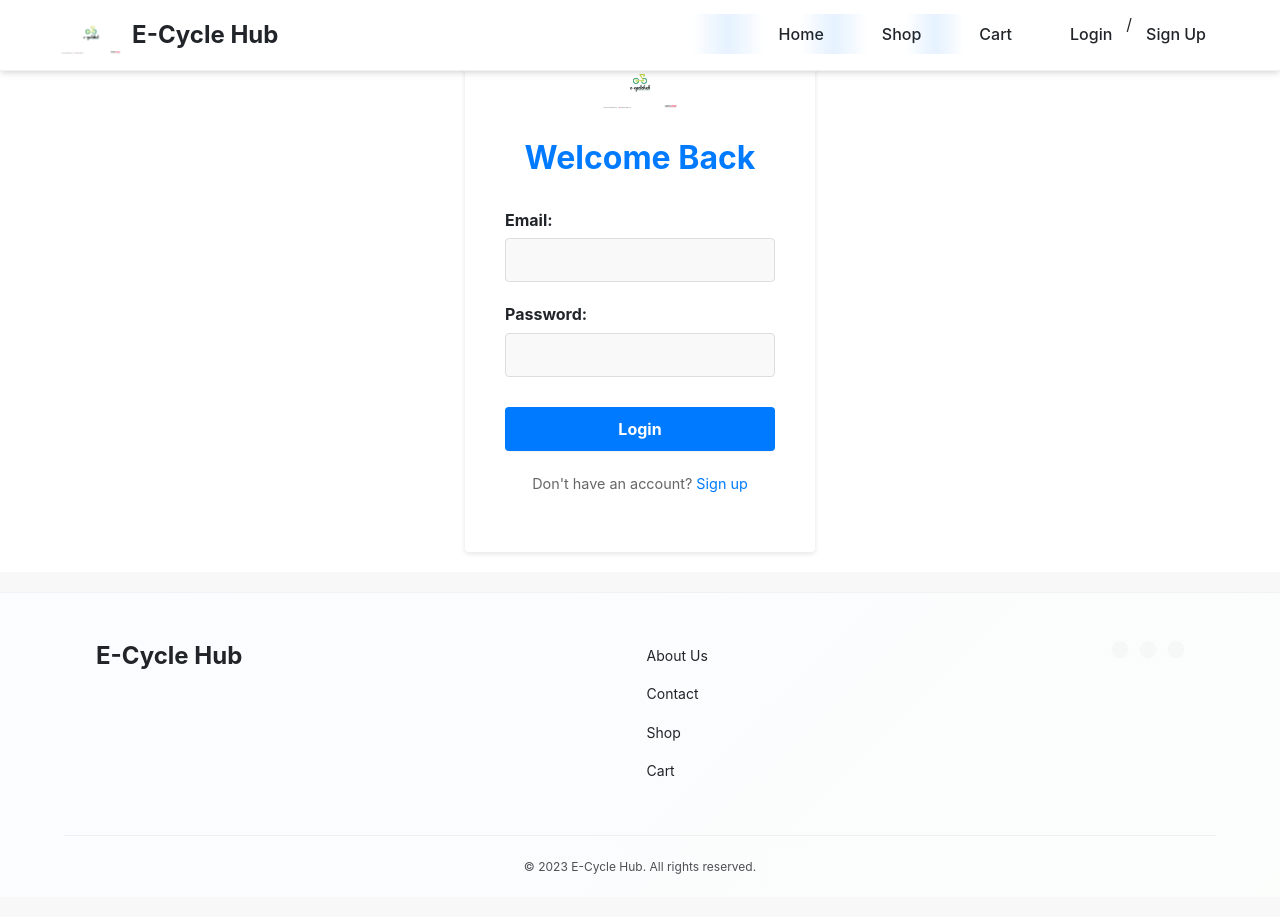
Repository: Rutuja-g/E-Cycle-Hub
Page: public/login.html
These files come from the project's save history. The page is drawn as it stood at one moment and after the next save; the edit follows.
The browser window is 1280 px wide. The pictures show the whole page.

Above is the page before, as saved 2025-10-25 20:44:48.

### public/login.html
<!DOCTYPE html>
<html lang="en">
  <head>
    <meta charset="UTF-8" />
    <meta name="viewport" content="width=device-width, initial-scale=1.0" />
    <title>Login - E-Cycle Hub</title>
    <link rel="icon" href="favicon.ico" type="image/x-icon" />
    <link rel="stylesheet" href="css/reset.css" />
    <link rel="stylesheet" href="css/variables.css" />
    <link rel="stylesheet" href="css/main.css" />
    <link rel="stylesheet" href="css/auth.css" />
  </head>
  <body>
    <div id="header"></div>

    <main>
      <section class="login-form">
        <div class="logo-auth">
          <img src="assets/images/logo.jpg" alt="E-Cycle Hub Logo" />
        </div>
        <h2>Welcome Back</h2>
        <form id="loginForm">
          <div class="form-group">
            <label for="email">Email:</label>
            <input type="email" id="email" name="email" required />
            <span class="error" id="emailError"></span>
          </div>
          <div class="form-group">
            <label for="password">Password:</label>
            <input type="password" id="password" name="password" required />
            <span class="error" id="passwordError"></span>
          </div>
          <button type="submit" class="btn">Login</button>
        </form>
        <p>Don't have an account? <a href="signup.html">Sign up</a></p>
      </section>
    </main>

    <footer>
      <div class="footer">
        <div class="container">
          <div class="footer-content">
            <div class="footer-logo">
              <h2>E-Cycle Hub</h2>
            </div>
            <div class="footer-links">
              <ul>
                <li><a href="about.html">About Us</a></li>
                <li><a href="contact.html">Contact</a></li>
                <li><a href="shop.html">Shop</a></li>
                <li><a href="cart.html">Cart</a></li>
              </ul>
            </div>
            <div class="footer-social">
              <a href="#" aria-label="Facebook"
                ><i class="fab fa-facebook-f"></i
              ></a>
              <a href="#" aria-label="Twitter"
                ><i class="fab fa-twitter"></i
              ></a>
              <a href="#" aria-label="Instagram"
                ><i class="fab fa-instagram"></i
              ></a>
            </div>
          </div>
          <div class="footer-bottom">
            <p>&copy; 2023 E-Cycle Hub. All rights reserved.</p>
          </div>
        </div>
      </div>
    </footer>

    <script src="js/components.js"></script>
    <script src="js/auth.js"></script>
  </body>
</html>

### public/css/reset.css
html
/* CSS Reset */
* {
    margin: 0;
    padding: 0;
    box-sizing: border-box;
}

html, body {
    height: 100%;
    font-family: Arial, sans-serif;
}

img {
    max-width: 100%;
    height: auto;
}

a {
    text-decoration: none;
    color: inherit;
}

ul {
    list-style: none;
}

button {
    cursor: pointer;
}

### public/css/variables.css
:root {
  /* Enhanced Color Palette */
  --primary-color: #007bff; /* Electric Blue */
  --primary-hover: #0056b3; /* Darker Blue for hover */
  --primary-light: #e3f2fd; /* Light Blue Background */
  --primary-gradient: linear-gradient(135deg, #007bff 0%, #0056b3 100%);
  --secondary-color: #28a745; /* Success Green */
  --secondary-hover: #218838; /* Darker Green */
  --secondary-light: #e8f5e8; /* Light Green Background */
  --secondary-gradient: linear-gradient(135deg, #28a745 0%, #218838 100%);
  --accent-color: #ffc107; /* Warning Yellow */
  --accent-hover: #e0a800; /* Darker Yellow */
  --accent-light: #fff8e1; /* Light Yellow Background */
  --danger-color: #dc3545; /* Danger Red */
  --danger-hover: #c82333; /* Darker Red */
  --danger-light: #fce4e4; /* Light Red Background */

  /* Neutral Colors */
  --background-color: #ffffff; /* Pure White */
  --background-gradient: linear-gradient(135deg, #ffffff 0%, #f8f9fa 100%);
  --surface-color: #f8f9fa; /* Light Gray Surface */
  --surface-light: #f1f3f4; /* Very Light Surface */
  --card-color: #ffffff; /* Card Background */
  --text-color: #212529; /* Dark Gray Text */
  --text-muted: #6c757d; /* Muted Text */
  --text-light: #868e96; /* Lighter Text */
  --border-color: #dee2e6; /* Light Border */
  --border-light: #f1f3f4; /* Very Light Border */
  --border-focus: #007bff; /* Focus Border */

  /* Typography */
  --font-family: "Poppins", -apple-system, BlinkMacSystemFont, "Segoe UI",
    Roboto, sans-serif;
  --font-size-xs: 0.75rem; /* 12px */
  --font-size-sm: 0.875rem; /* 14px */
  --font-size-base: 1rem; /* 16px */
  --font-size-lg: 1.125rem; /* 18px */
  --font-size-xl: 1.25rem; /* 20px */
  --font-size-2xl: 1.5rem; /* 24px */
  --font-size-3xl: 1.875rem; /* 30px */
  --font-size-4xl: 2.25rem; /* 36px */
  --font-size-5xl: 3rem; /* 48px */

  --font-weight-light: 300;
  --font-weight-normal: 400;
  --font-weight-medium: 500;
  --font-weight-semibold: 600;
  --font-weight-bold: 700;

  --line-height-tight: 1.25;
  --line-height-normal: 1.5;
  --line-height-relaxed: 1.75;

  /* Spacing Scale */
  --spacing-xs: 0.25rem; /* 4px */
  --spacing-sm: 0.5rem; /* 8px */
  --spacing-md: 0.75rem; /* 12px */
  --spacing-lg: 1rem; /* 16px */
  --spacing-xl: 1.25rem; /* 20px */
  --spacing-2xl: 1.5rem; /* 24px */
  --spacing-3xl: 2rem; /* 32px */
  --spacing-4xl: 2.5rem; /* 40px */
  --spacing-5xl: 3rem; /* 48px */
  --spacing-6xl: 4rem; /* 64px */

  /* Layout */
  --max-width-xs: 20rem; /* 320px */
  --max-width-sm: 24rem; /* 384px */
  --max-width-md: 28rem; /* 448px */
  --max-width-lg: 32rem; /* 512px */
  --max-width-xl: 36rem; /* 576px */
  --max-width-2xl: 42rem; /* 672px */
  --max-width-3xl: 48rem; /* 768px */
  --max-width-4xl: 56rem; /* 896px */
  --max-width-5xl: 64rem; /* 1024px */
  --max-width-6xl: 72rem; /* 1152px */
  --max-width-7xl: 80rem; /* 1280px */
  --max-width-full: 100%;

  /* Border Radius */
  --border-radius-none: 0;
  --border-radius-sm: 0.125rem; /* 2px */
  --border-radius: 0.25rem; /* 4px */
  --border-radius-md: 0.375rem; /* 6px */
  --border-radius-lg: 0.5rem; /* 8px */
  --border-radius-xl: 0.75rem; /* 12px */
  --border-radius-2xl: 1rem; /* 16px */
  --border-radius-3xl: 1.5rem; /* 24px */
  --border-radius-full: 9999px;

  /* Enhanced Shadows */
  --shadow-sm: 0 1px 2px 0 rgba(0, 0, 0, 0.05);
  --shadow: 0 1px 3px 0 rgba(0, 0, 0, 0.1), 0 1px 2px 0 rgba(0, 0, 0, 0.06);
  --shadow-md: 0 4px 6px -1px rgba(0, 0, 0, 0.1),
    0 2px 4px -1px rgba(0, 0, 0, 0.06);
  --shadow-lg: 0 10px 15px -3px rgba(0, 0, 0, 0.1),
    0 4px 6px -2px rgba(0, 0, 0, 0.05);
  --shadow-xl: 0 20px 25px -5px rgba(0, 0, 0, 0.1),
    0 10px 10px -5px rgba(0, 0, 0, 0.04);
  --shadow-2xl: 0 25px 50px -12px rgba(0, 0, 0, 0.25);
  --shadow-inner: inset 0 2px 4px 0 rgba(0, 0, 0, 0.06);
  --shadow-glow: 0 0 20px rgba(0, 123, 255, 0.3);

  /* Transitions */
  --transition-fast: 150ms ease-in-out;
  --transition-normal: 250ms ease-in-out;
  --transition-slow: 350ms ease-in-out;

  /* Z-Index Scale */
  --z-dropdown: 1000;
  --z-sticky: 1020;
  --z-fixed: 1030;
  --z-modal-backdrop: 1040;
  --z-modal: 1050;
  --z-popover: 1060;
  --z-tooltip: 1070;
}

### public/css/auth.css
/* Auth styles for login and signup pages */

body {
  margin: 0;
  font-family: var(--font-family, Arial, sans-serif);
  line-height: 1.6;
  color: var(--text-color, #333);
  background: var(--background-color, #f5f5f5);
  min-height: 100vh;
  display: flex;
  flex-direction: column;
}

header,
footer {
  background: var(--header-footer-bg, #f8f8f8);
  padding: 20px 0;
}

main {
  flex: 1;
  display: flex;
  align-items: center;
  justify-content: center;
  padding: 20px;
}

.login-form,
.signup-form {
  background: white;
  padding: 40px;
  border-radius: var(--border-radius, 5px);
  box-shadow: var(--box-shadow, 0 2px 5px rgba(0, 0, 0, 0.1));
  width: 100%;
  max-width: 350px;
  text-align: center;
}

.login-form h2,
.signup-form h2 {
  font-size: 2em;
  margin-bottom: 30px;
  color: var(--primary-color, #4caf50);
  font-weight: bold;
}

.form-group {
  margin-bottom: 20px;
  text-align: left;
}

.form-group label {
  display: block;
  margin-bottom: 5px;
  font-weight: bold;
  color: var(--text-color, #333);
}

.form-group input {
  width: 100%;
  padding: 12px;
  border: 1px solid #ddd;
  border-radius: var(--border-radius, 5px);
  background: #f9f9f9;
  font-size: 1em;
  transition: all 0.3s ease;
  box-sizing: border-box;
}

.form-group input:focus {
  outline: none;
  background: #fff;
  border-color: var(--primary-color, #4caf50);
  box-shadow: 0 0 0 3px rgba(76, 175, 80, 0.3);
}

.btn {
  width: 100%;
  padding: 12px;
  background: var(--primary-color, #4caf50);
  color: white;
  border: none;
  border-radius: var(--border-radius, 5px);
  font-size: 1em;
  font-weight: bold;
  cursor: pointer;
  transition: background 0.3s ease, transform 0.2s ease;
  margin-top: 10px;
}

.btn:hover {
  background: #388e3c;
  transform: translateY(-2px);
}

.login-form p,
.signup-form p {
  margin-top: 20px;
  font-size: 0.9em;
  color: #666;
}

.login-form a,
.signup-form a {
  color: var(--primary-color, #4caf50);
  text-decoration: none;
  transition: color 0.3s ease;
}

.login-form a:hover,
.signup-form a:hover {
  color: #388e3c;
  text-decoration: underline;
}

.error {
  color: var(--secondary-color, #ff5722);
  font-size: 0.8em;
  margin-top: 5px;
  display: block;
  opacity: 0;
  transition: opacity 0.3s ease;
}

.error.show {
  opacity: 1;
}

.success {
  color: var(--primary-color, #4caf50);
  font-size: 0.9em;
  margin-top: 10px;
  opacity: 0;
  transition: opacity 0.3s ease;
}

.success.show {
  opacity: 1;
}

.logo-auth {
  margin-bottom: 20px;
}

.logo-auth img {
  height: 50px;
}

/* Responsive styles */
@media (max-width: 768px) {
  main {
    padding: 10px;
  }

  .login-form,
  .signup-form {
    padding: 30px 20px;
    max-width: 100%;
    margin: 20px auto;
  }

  .login-form h2,
  .signup-form h2 {
    font-size: 1.8em;
  }

  .form-group input {
    padding: 10px;
    font-size: 0.9em;
  }

  .btn {
    padding: 10px;
    font-size: 0.9em;
  }
}

@media (max-width: 480px) {
  header nav .nav-links {
    display: none;
  }

  main {
    padding: 5px;
  }

  .login-form,
  .signup-form {
    padding: 20px 15px;
    margin: 10px;
    border-radius: 8px;
  }

  .login-form h2,
  .signup-form h2 {
    font-size: 1.5em;
    margin-bottom: 20px;
  }

  .form-group {
    margin-bottom: 15px;
  }

  .form-group input {
    padding: 8px;
    font-size: 0.85em;
  }

  .btn {
    padding: 8px;
    font-size: 0.85em;
  }

  .logo-auth img {
    height: 40px;
  }
}

### public/components/header.html
<nav class="navbar">
  <div class="nav-container">
    <div class="logo">
      <a href="index.html">
        <img src="assets/images/logo.jpg" alt="E-Cycle Hub Logo" />
        <span>E-Cycle Hub</span>
      </a>
    </div>
    <div class="nav-toggle" id="navToggle">
      <span></span>
      <span></span>
      <span></span>
    </div>
    <ul class="nav-links" id="navLinks">
      <li><a href="index.html" class="nav-link">Home</a></li>
      <li><a href="shop.html" class="nav-link">Shop</a></li>
      <li><a href="cart.html" class="nav-link">Cart</a></li>
      <li id="user-info" style="display: none">
        <span id="user-name"></span>
        <a href="orders.html" class="nav-link">My Orders</a>
        <a href="#" id="logout" class="nav-link">Logout</a>
      </li>
      <li id="auth-links">
        <a href="login.html" class="nav-link">Login</a>
        <span>/</span>
        <a href="signup.html" class="nav-link">Sign Up</a>
      </li>
    </ul>
  </div>
</nav>

Loaded but not shown: public/js/auth.js (289 lines, source omitted); public/js/components.js (31 lines, source omitted); public/css/main.css (2800 lines, source omitted)

After the next save:
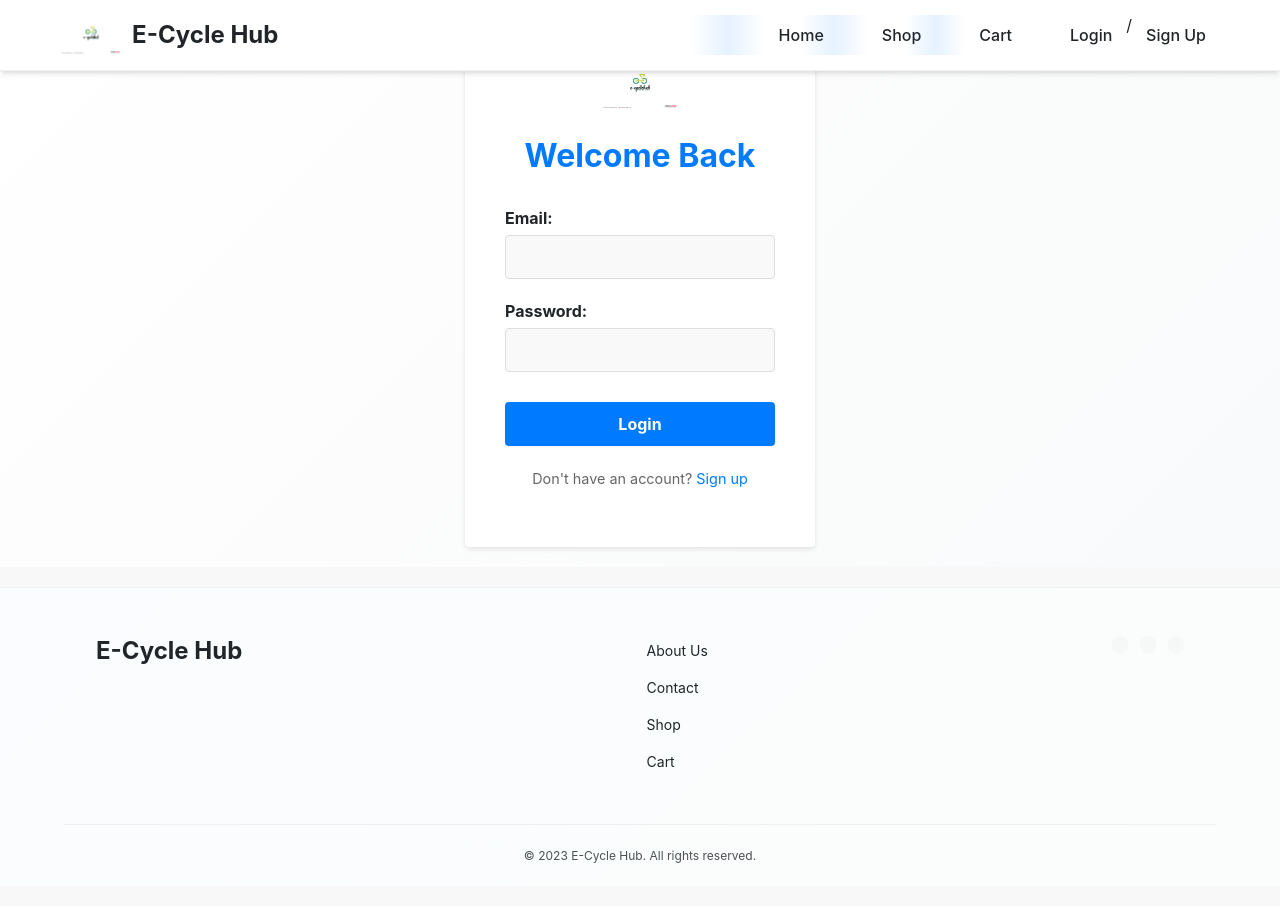
Saved 9 s later.
--- a/public/css/auth.css
+++ b/public/css/auth.css
@@ -1,14 +1,16 @@
-/* Auth styles for login and signup pages */
+/* Enhanced Auth styles for login and signup pages */
 
 body {
   margin: 0;
-  font-family: var(--font-family, Arial, sans-serif);
-  line-height: 1.6;
-  color: var(--text-color, #333);
-  background: var(--background-color, #f5f5f5);
+  font-family: var(--font-family);
+  line-height: var(--line-height-normal);
+  color: var(--text-color);
+  background: var(--background-gradient);
   min-height: 100vh;
   display: flex;
   flex-direction: column;
+  -webkit-font-smoothing: antialiased;
+  -moz-osx-font-smoothing: grayscale;
 }
 
 header,
